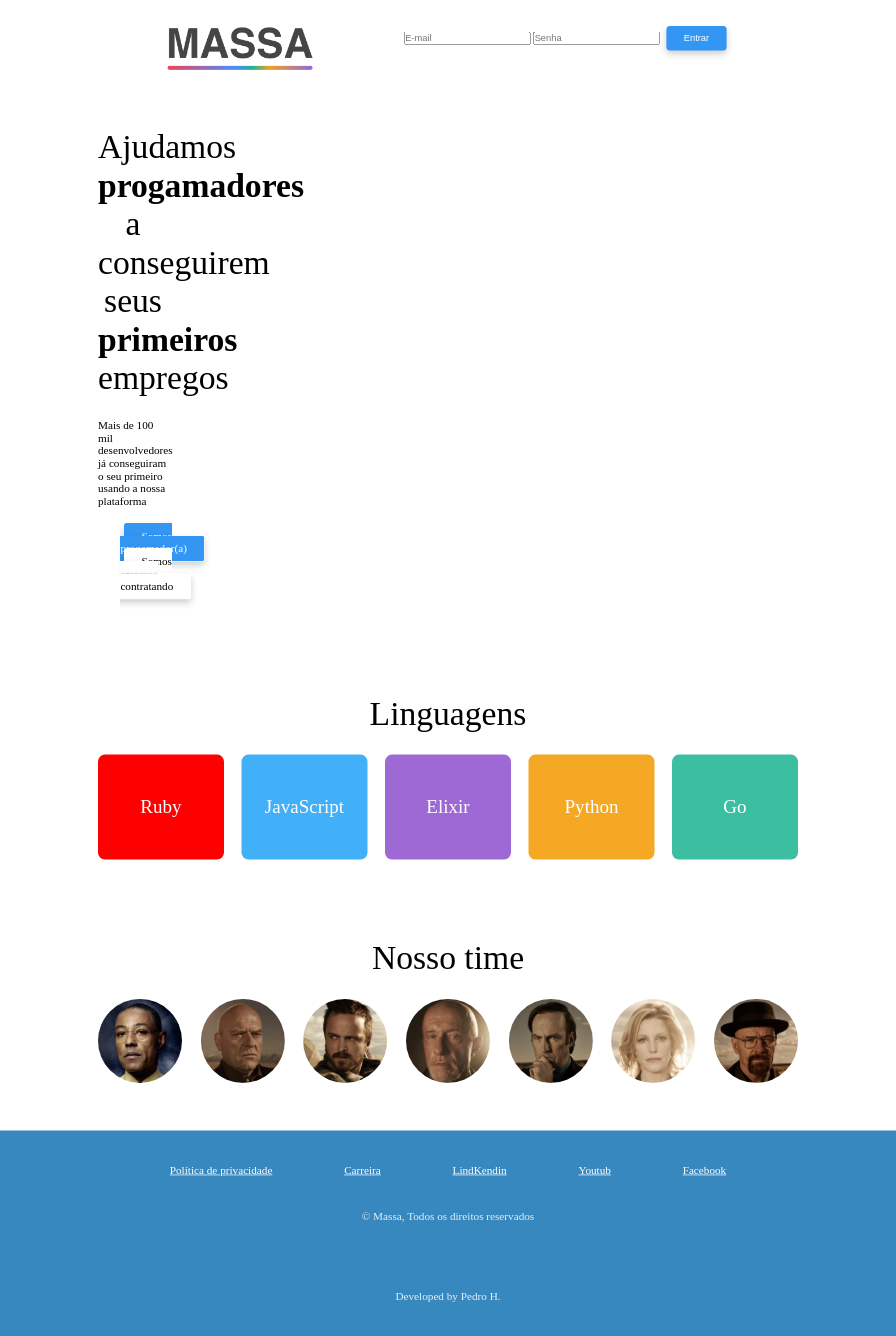
Repository: luizgaivaa/ProjetoSite
Page: index.html
These files come from the project's save history. The page is drawn as it stood at one moment and after a run of saves; the edit follows.
The browser window is 1280 px wide. The pictures show the whole page, at 70% of full size.

Above is the page before, as saved 2024-03-19 14:18:23.

### index.html
<!DOCTYPE html>
<html lang="pt-br">
<head>
    <meta charset="UTF-8">
    <meta name="viewport" content="width=device-width, initial-scale=1.0">
    <title>Massa</title>
    <link rel="icon" href="react-icon.png">
    <link rel="stylesheet" href="style.css">

    <link rel="preconnect" href="https://fonts.googleapis.com">
    <link rel="preconnect" href="https://fonts.gstatic.com" crossorigin>
    <link href="https://fonts.googleapis.com/css2?family=Roboto:ital,wght@0,100;0,300;0,400;0,500;0,700;0,900;1,100;1,300;1,400;1,500;1,700;1,900&display=swap" rel="stylesheet">

</head>
<body>
        <header>

            <div class="container">

                <div class="logo">

                    <img src="imagens/logo.png" alt-="">

                </div>
                <div class="sing-in">
                <form action="#">

                    <input type="email" name="email" id="email" placeholder="E-mail">
                    <input type="password" name="password" id="password" placeholder="Senha">
                    <button type="submit" class="button primary">Entrar</button>

                </form>
                </div>
            </div>

        </header>

    <main>

        <section class="intro gray">

            <div class="container">

                <div class="hero">
                    <h1 class="title">Ajudamos <strong>progamadores</strong> a conseguirem seus <strong>primeiros</strong> empregos</h1>
                    <p>Mais de 100 mil desenvolvedores já conseguiram o seu primeiro usando a nossa plataforma</p>

                    <div class="cta">
                        <a href="https://www.youtube.com/watch?v=u7E6Mn4hLAI" class="button primary">Somos progamador(a)</a>
                        <a href="https://www.youtube.com/watch?v=dQw4w9WgXcQ" class="button second">Somos empresa contratando</a>
                    </div>
                </div>

            </div>

        </section>

        <section class="languages">

            <div class="container">

                <h1 class="title">Linguagens</h1>

                <div class="Card">

                    <div class="card red">Ruby</div>
                    <div class="card blue">JavaScript</div>
                    <div class="card purple">Elixir</div>
                    <div class="card yellow">Python</div>
                    <div class="card green">Go</div>

                </div>

            </div>
        </section>

        <section class="team gray">

            <div class="container">

                <h1 class="title">Nosso time</h1>

                <div class="members">

                    <div class="Gus"><img src="team/gus.jpg" alt=""></div>
                    <div class="Hank"><img src="team/hank.jpg" alt=""></div>
                    <div class="Jesse"><img src="team/jesse.jpg" alt=""></div>
                    <div class="Mike"><img src="team/mike.jpg" alt=""></div>
                    <div class="Saul"><img src="team/saul.jpg" alt=""></div>
                    <div class="Skyler"><img src="team/skyler.jpg" alt=""></div>
                    <div class="walter"><img src="team/walter.jpg" alt=""></div>

                </div>

            </div>

        </section>

    </main>
        <footer>
            <div class="container">
                <ul>

                    <li><a href="https://www.leagueoflegends.com/pt-br/">Política de privacidade</a></li>
                    <li><a href="https://www.google.com/imgres?imgurl=https%3A%2F%2Fimages.contentstack.io%2Fv3%2Fassets%2Fblt731acb42bb3d1659%2Fblte466f329caecef3b%2F60887196f07013101daf0872%2FdevRammus_header.jpg&tbnid=cw0laePT7olaPM&vet=12ahUKEwje2tjspO-EAxUsuZUCHVRWCNwQMygBegQIARBN..i&imgrefurl=https%3A%2F%2Fwww.leagueoflegends.com%2Fpt-br%2Fnews%2Fdev%2Fdev-rammus-de-rift-a-rift%2F&docid=4QQPyuHJoJCulM&w=1920&h=1080&q=rammus%20lol&ved=2ahUKEwje2tjspO-EAxUsuZUCHVRWCNwQMygBegQIARBN">Carreira</a></li>
                    <li><a href="#">LindKendin</a></li>
                    <li><a href="#">Youtub</a></li>
                    <li><a href="#">Facebook</a></li>

                </ul>

                    <p class="copyright">© Massa, Todos os direitos reservados</p>
                    <p class="copyright">Developed by Pedro H.</p>

            </div>

        </footer>
</body>
</html>

### style.css
/*reset CSS*/

*{
    margin: 0;
    padding: 0;
    box-sizing: 0;
}

body{
    background-color: rgb(255, 255, 255);
}

.roboto-thin {
    font-family: "Roboto", sans-serif;
    font-weight: 100;
    font-style: normal;
  }

  .roboto-light {
    font-family: "Roboto", sans-serif;
    font-weight: 300;
    font-style: normal;
  }

  .roboto-regular {
    font-family: "Roboto", sans-serif;
    font-weight: 400;
    font-style: normal;
  }

  .roboto-medium {
    font-family: "Roboto", sans-serif;
    font-weight: 500;
    font-style: normal;
  }

  .roboto-bold {
    font-family: "Roboto", sans-serif;
    font-weight: 700;
    font-style: normal;
  }

  .roboto-black {
    font-family: "Roboto", sans-serif;
    font-weight: 900;
    font-style: normal;
  }

  .roboto-thin-italic {
    font-family: "Roboto", sans-serif;
    font-weight: 100;
    font-style: italic;
  }

  .roboto-light-italic {
    font-family: "Roboto", sans-serif;
    font-weight: 300;
    font-style: italic;
  }

  .roboto-regular-italic {
    font-family: "Roboto", sans-serif;
    font-weight: 400;
    font-style: italic;
  }

  .roboto-medium-italic {
    font-family: "Roboto", sans-serif;
    font-weight: 500;
    font-style: italic;
  }

  .roboto-bold-italic {
    font-family: "Roboto", sans-serif;
    font-weight: 700;
    font-style: italic;
  }

  .roboto-black-italic {
    font-family: "Roboto", sans-serif;
    font-weight: 900;
    font-style: italic;
  }

   .container {
    width: 1000px;
    margin: auto;
    padding: 0 1rem;

   }
   .hero{
    width: 100px;
   }
   }
   .gray {
    background-color:rgb(223, 222, 222)
   }

   .intro_gray {
    background-color:rgb(223, 222, 222)
   }

   .intro p{
    margin: 1rem 0;
    font-size: 1.5 rem;
    font-weight: 100;
   }

   h1 {
    font-size: 3rem;
    font-weight: normal;
   }

   h1.title {
    margin-bottom: 2rem;
    text-align: center;
    /* font-weight: bold; */
   }

   section {
    padding: 3rem 0 4rem 0;
   }

   .intro .cta {
    margin: 2rem;
   }

   .button {
    /*background-color: #3396f3;
    color: white;*/
    padding: 10px 25px;
    text-decoration: none;
    border-radius: 5px;
    margin: 5px;
    box-shadow: 0 5px 10px 0 rgba(0, 0, 0, 0.2);
   }

   .button:hover {
    box-shadow: 0 5px 10px 0 rgba(0, 0, 0, 0.5);
   }


   .primary {
    background-color: #3396f3;
    color: white;
   }

   .second {
    background-color: white;
    color: black;
   }

   .Card {
    display: flex;
    justify-content: space-between;
   }

   .card {
      display: flex;
      flex-direction: column;
      justify-content: center;
      text-align: center;

      width: 18%;
      height: 150px;
      border-radius: 10px;
      color: white;
      font-size: 1.7rem;
    }

   .card.red {
      background-color: red;
   }

   .card.blue {
    background-color: #42b0f8;
   }

   .card.purple {
    background-color: #9e69d5;
   }

   .card.yellow {
    background-color: #f4a823;
   }

   .card.green {
    background-color: #3cbfa1;
   }

   .members {
    display: flex;
    justify-content: space-between;
   }

   .members img {
    width: 120px;
    height: 120px;
    border-radius: 50%;
   }

   footer {
    background-color: #3788bf ;
   }

   footer ul{
    display: flex;
    justify-content: space-evenly;
    padding-top: 3rem;
    list-style-type: none;
   }

   footer a{
    color: white;
   }
   footer p.copyright{
    padding: 3rem 0;
    color: #ffffffdd;
    text-align: center;
   }

   header div{
    display: flex;
    justify-content: space-evenly;
    padding: 2rem;
   }
   .logo img {
    width: 211px;
   }
   .sing-in button{
    border: none;
   }

   input
    [type ="text"]
    [type ="email"]
    [type ="senha"]{
    width: 180px;
    padding: 0.5rem;
    border-radius: 5px ;
    border: 1px solid #ccc;
    }

After the next 4 saves:
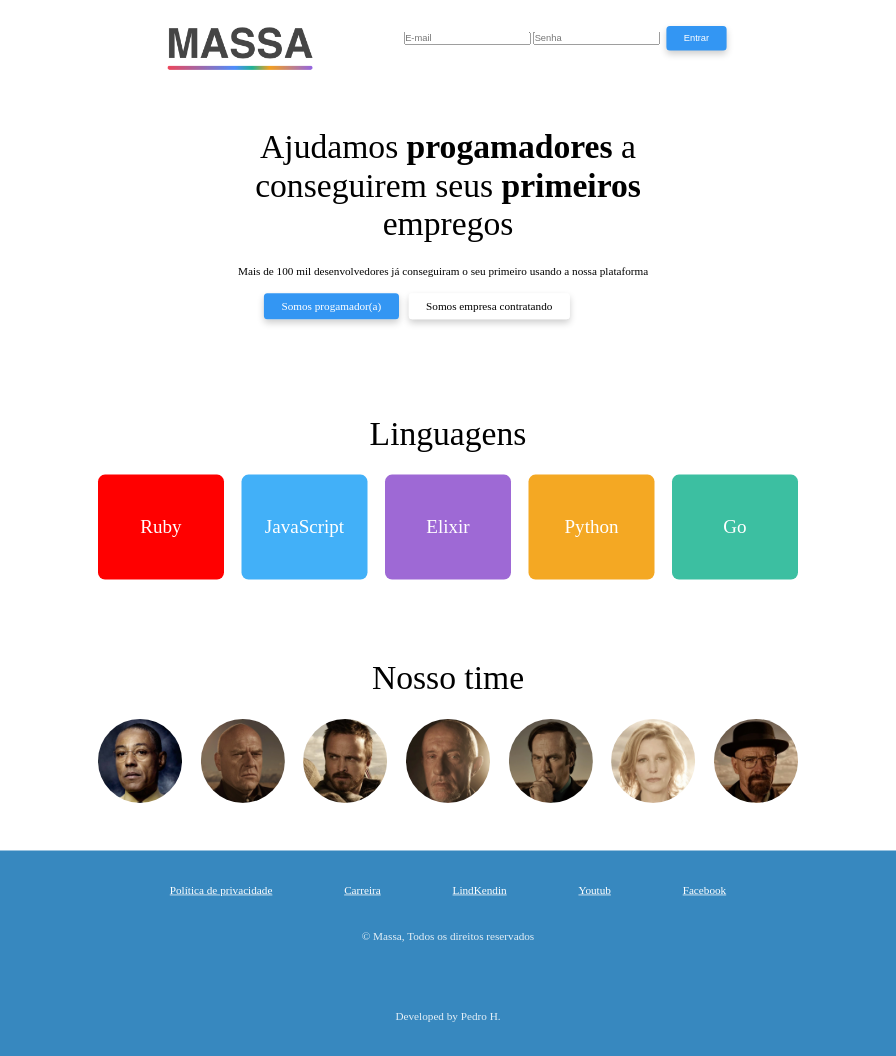
The 4 saves are shown as one change because they came seconds apart.
The last was saved 17 s later.
--- a/style.css
+++ b/style.css
@@ -89,7 +89,8 @@
 
    }
    .hero{
-    width: 100px;
+    width: 60%;
+    margin: auto;
    }
    }
    .gray {
